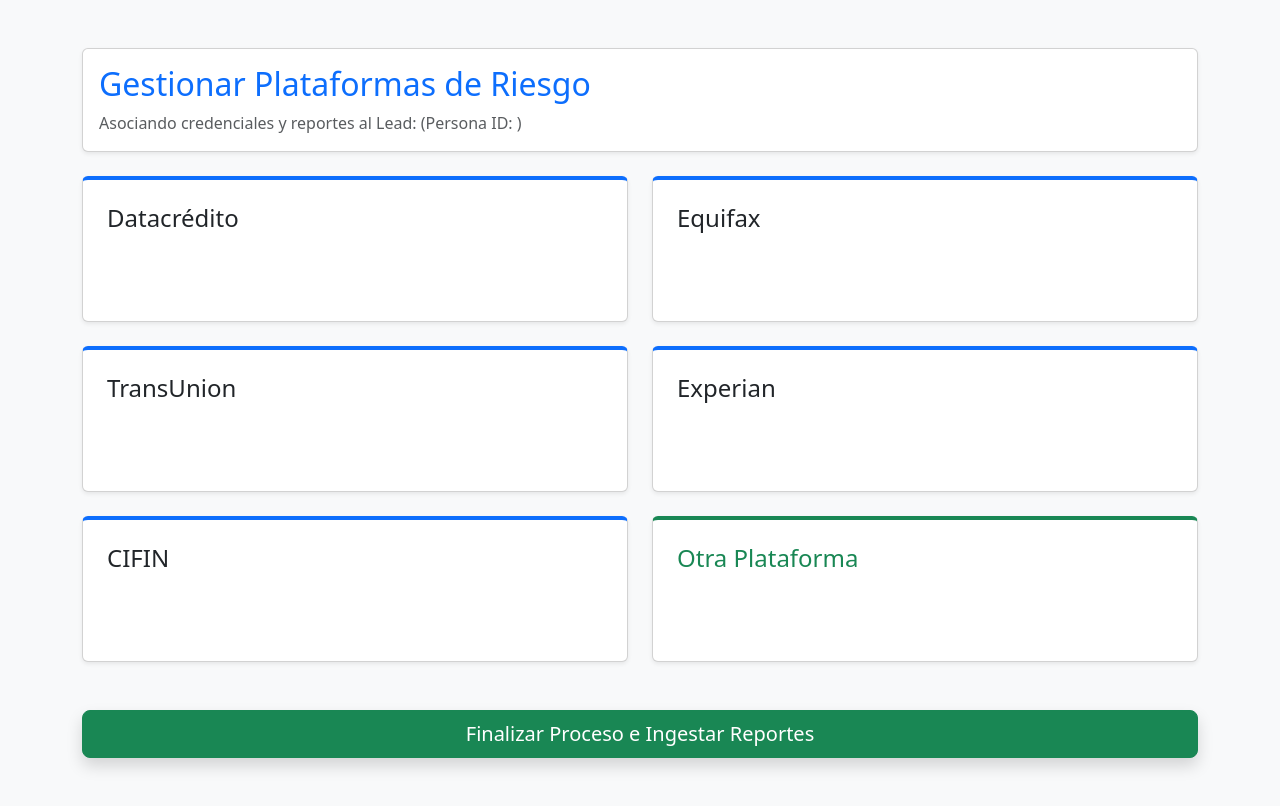
Repository: LuhizK/crm_ventas
Page: leads/templates/leads/registro_plataformas.html
An editor plug-in stored every save of this project. The page is shown before and after the next save, followed by the edit.
The browser window is 1280 px wide. The pictures show the whole page.
The template is drawn by Django 5.2. The application's start-up code is not run. The template is opened directly, without the code that normally fills it, so the values that code supplies are empty.

Above is the page before, as saved 2026-07-06 23:13:56.

After the next save:
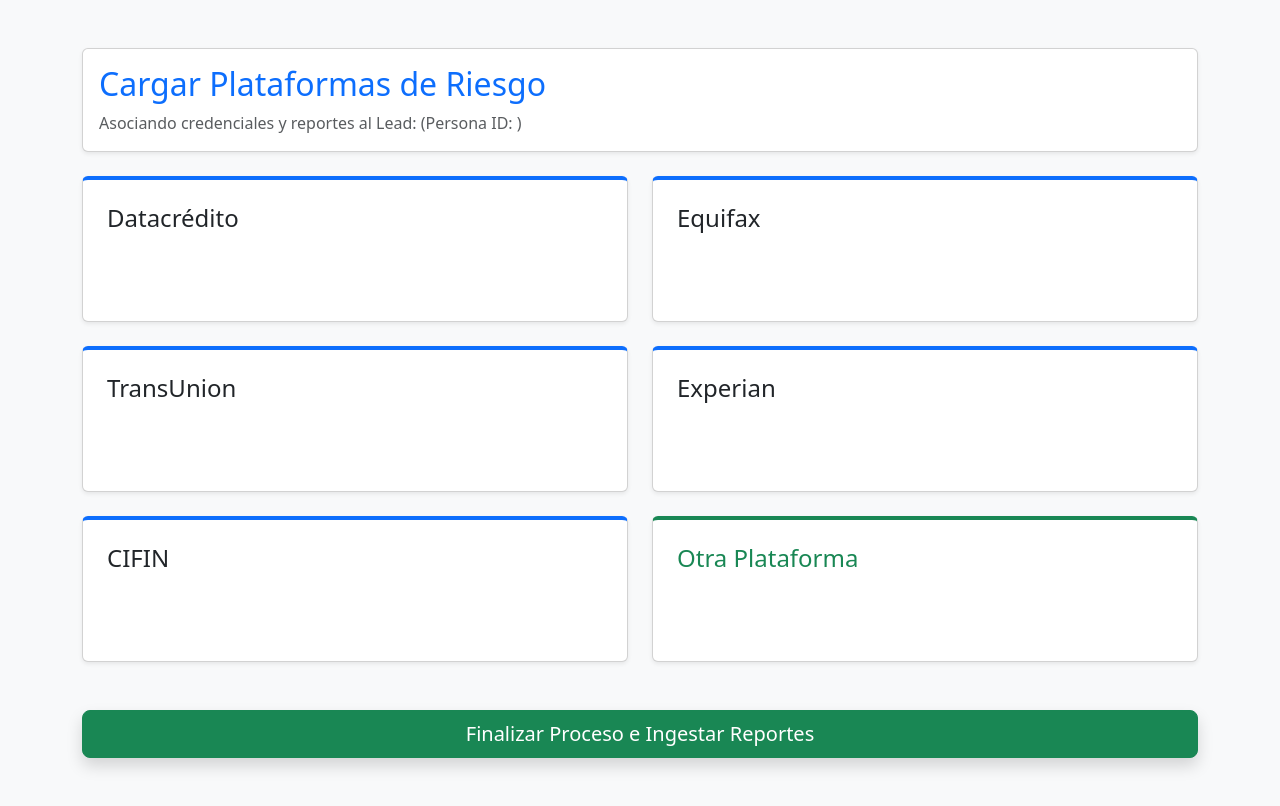
Saved 13 s later.
--- a/leads/templates/leads/registro_plataformas.html
+++ b/leads/templates/leads/registro_plataformas.html
@@ -14,7 +14,7 @@
 
     <div class="container mt-5 mb-5">
         <div class="card p-3 mb-4 bg-white shadow-sm">
-            <h2 class="text-primary m-0">Gestionar Plataformas de Riesgo</h2>
+            <h2 class="text-primary m-0">Cargar Plataformas de Riesgo</h2>
             <p class="text-muted mt-2 mb-0">
                 Asociando credenciales y reportes al Lead: <strong>{{ lead.telefono_marcado }}</strong>
                 (Persona ID: {{ lead.id_persona.id_persona }})
